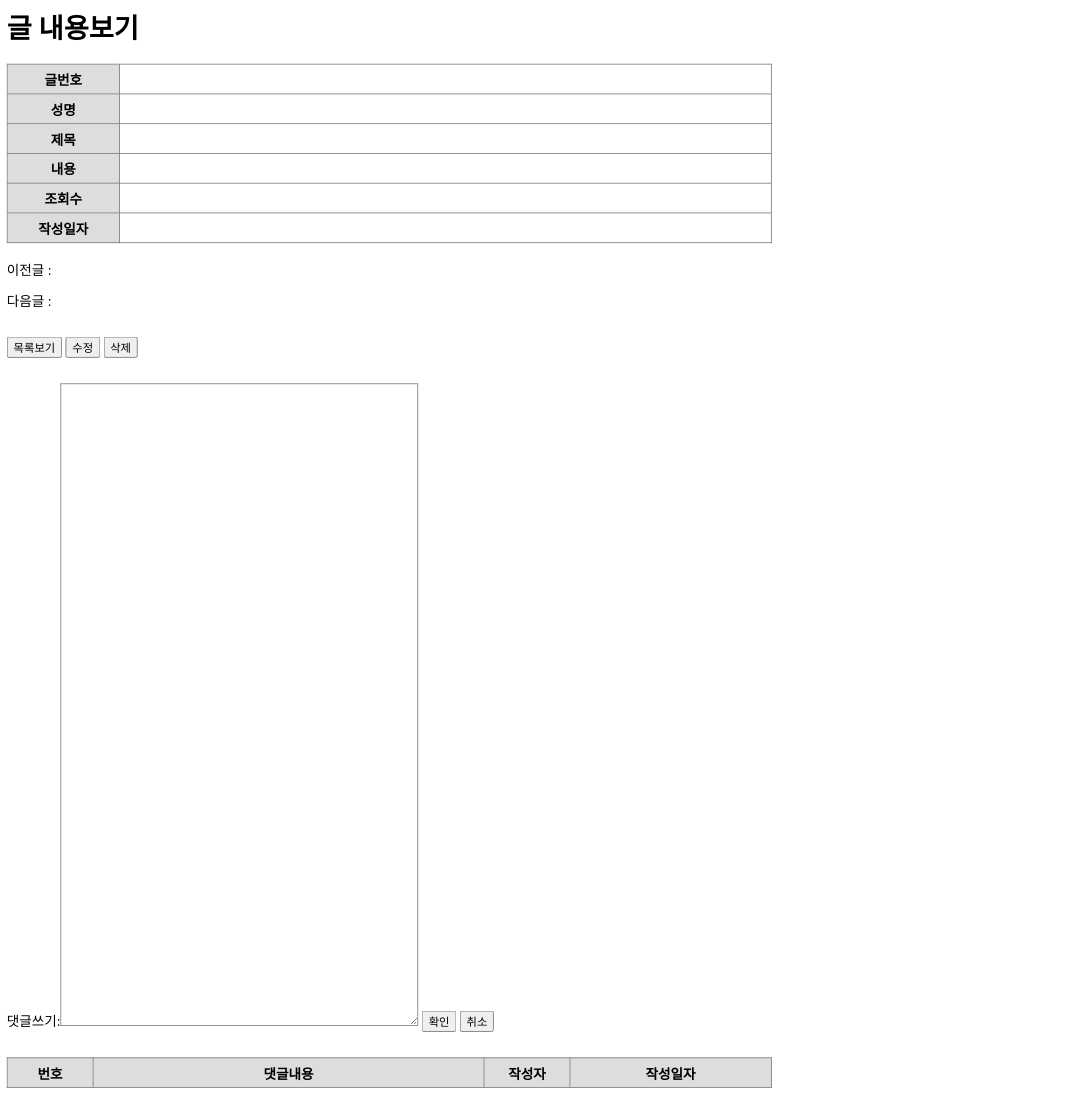
Repository: gold37/Spring
Page: http://localhost/Board/WEB-INF/views/tiles1/board/view.jsp
These files come from the project's save history. The page is drawn as it stood at one moment and after the next save; the edit follows.
The browser window is 1280 px wide. The pictures show the whole page, at 85% of full size.
The page is served by Tomcat 9. Nobody is signed in. The template is opened directly, without the code that normally fills it, so the values that code supplies are empty.

Above is the page before, as saved 2020-07-17 06:46:06.
Console error: ReferenceError: $ is not defined

After the next save:
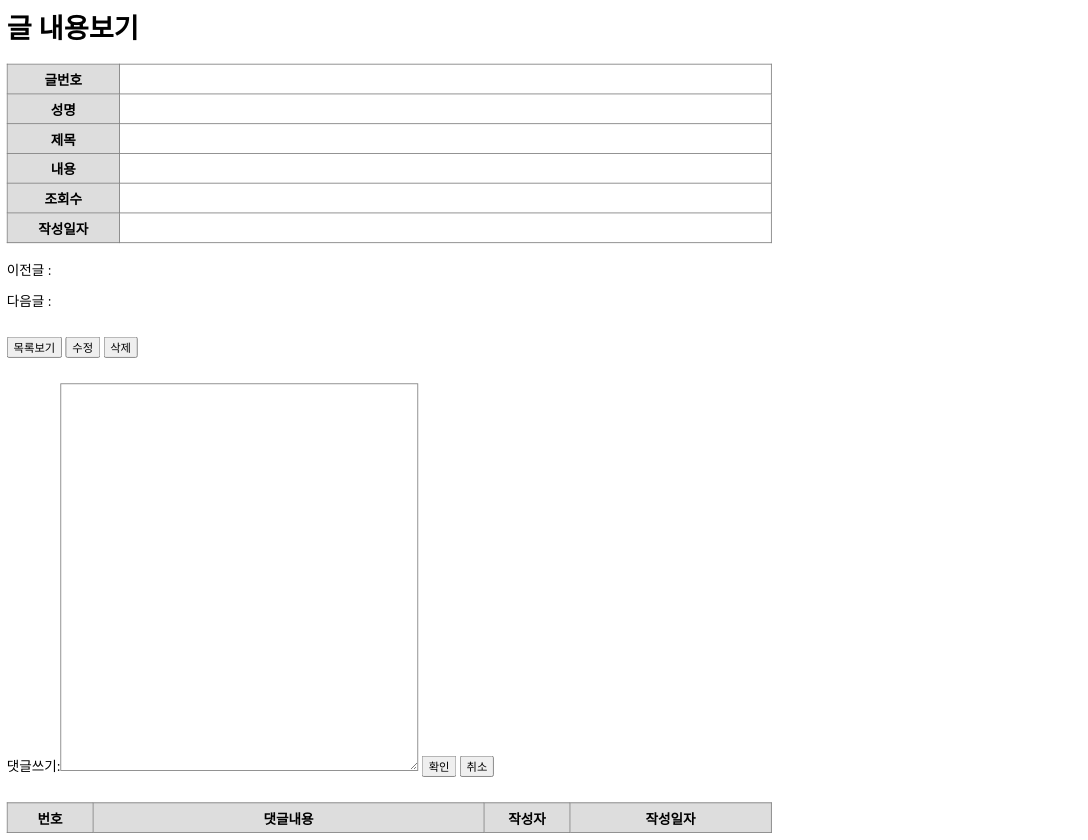
Saved 6 s later.
--- a/springworkspace/Board/src/main/webapp/WEB-INF/views/tiles1/board/view.jsp
+++ b/springworkspace/Board/src/main/webapp/WEB-INF/views/tiles1/board/view.jsp
@@ -96,7 +96,7 @@ a {text-decoration: none !important;}
 
 
 	<div style="margin-top: 30px;">
-		댓글쓰기:<textarea rows="50" cols="50"></textarea>
+		댓글쓰기:<textarea rows="30" cols="50"></textarea>
 		<button>확인</button>
 		<button>취소</button>
 	</div>
